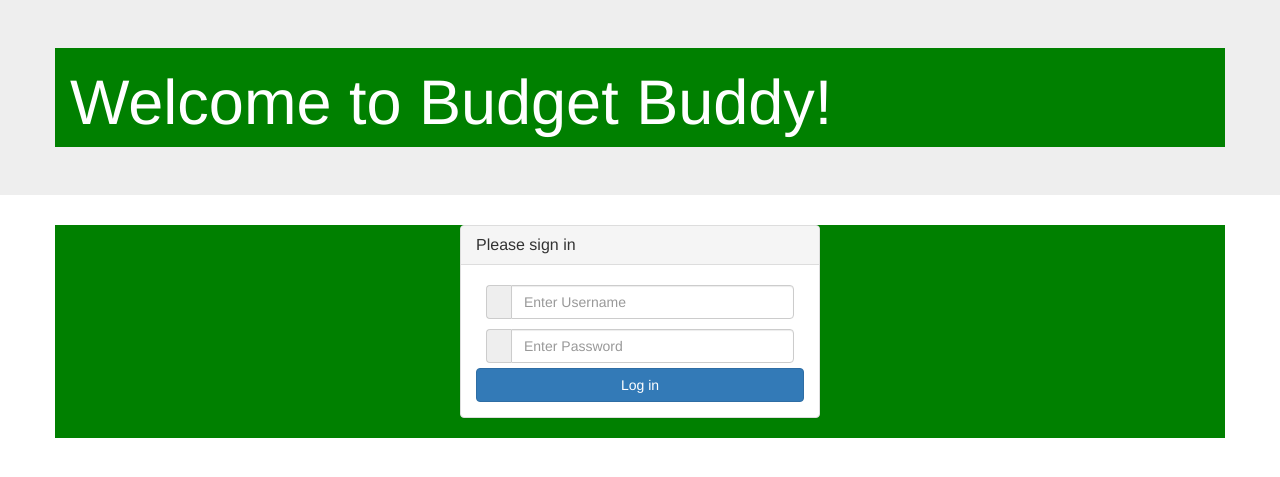
Repository: jdfost1/BudgetBuddy
Page: http://localhost/budgetbuddy/login
The author's editor kept a copy of each file at every save. The page is drawn from the files as they stood at one save, then again after the next save.
The browser window is 1280 px wide. The pictures show the whole page.
Some web libraries are served in a nearby version. The page is served by Tomcat 9.

Above is the page before, as saved 2018-10-09 06:35:49.

After the next save:
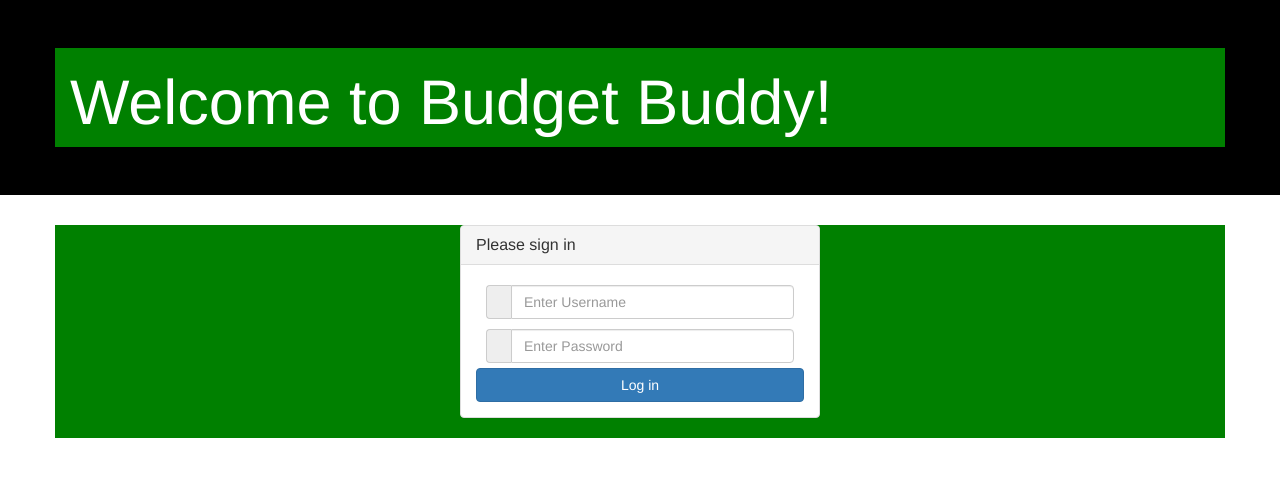
Saved 3 min 17 s later.
--- a/budgetbuddy/src/main/webapp/WEB-INF/jsp/login.jsp
+++ b/budgetbuddy/src/main/webapp/WEB-INF/jsp/login.jsp
@@ -7,6 +7,8 @@
 #section{
 background-color:black;
 }
+#jumbo{
+background-color:black;}
 .jumbotron{
 background-color:green;
 }
@@ -30,7 +32,7 @@ color:white;
 </head>
 <body>
    <section>
-      <div class="jumbotron">
+      <div id="jumbo"class="jumbotron">
          <div class="container">
             <h1>Welcome to Budget Buddy!</h1>
 
